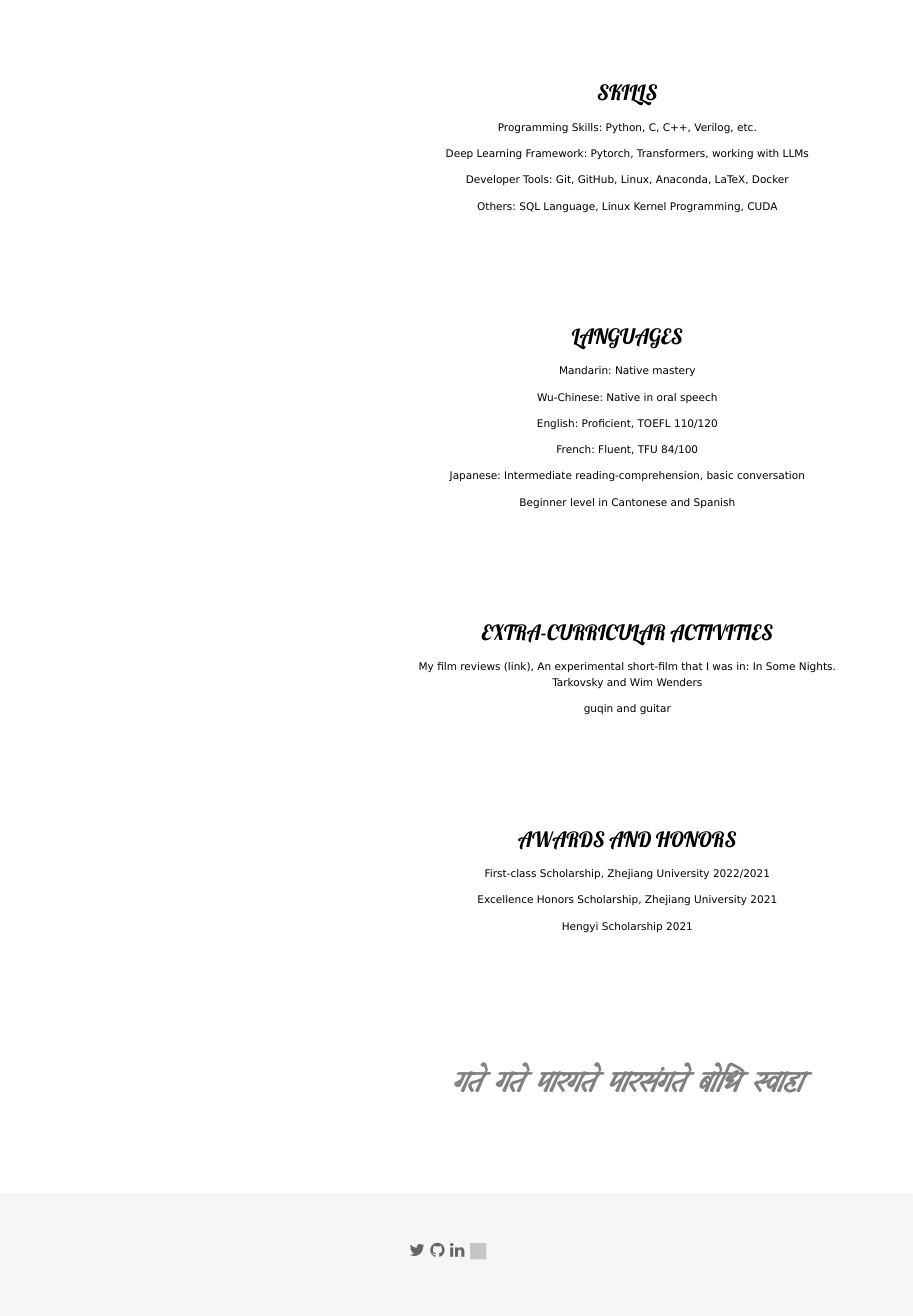
Repository: Ej-zhou/ej-zhou.github.io
Page: index.html
These files come from the project's save history. The page is drawn as it stood at one moment and after the next save; the edit follows.
The browser window is 1280 px wide. The page is 1304 px wide, so the pictures cover 1304 px, including what lies to the right of the window. The pictures show the part of the page from y = 4509 to 6389 px (the page is 6389 px tall), at 70% of full size.
Pictures or frames that could not be fetched are drawn as grey boxes. Some web fonts or font styles are not loaded; a fallback is used.

Above is the page before, as saved 2023-08-12 15:06:37.

After the next save:
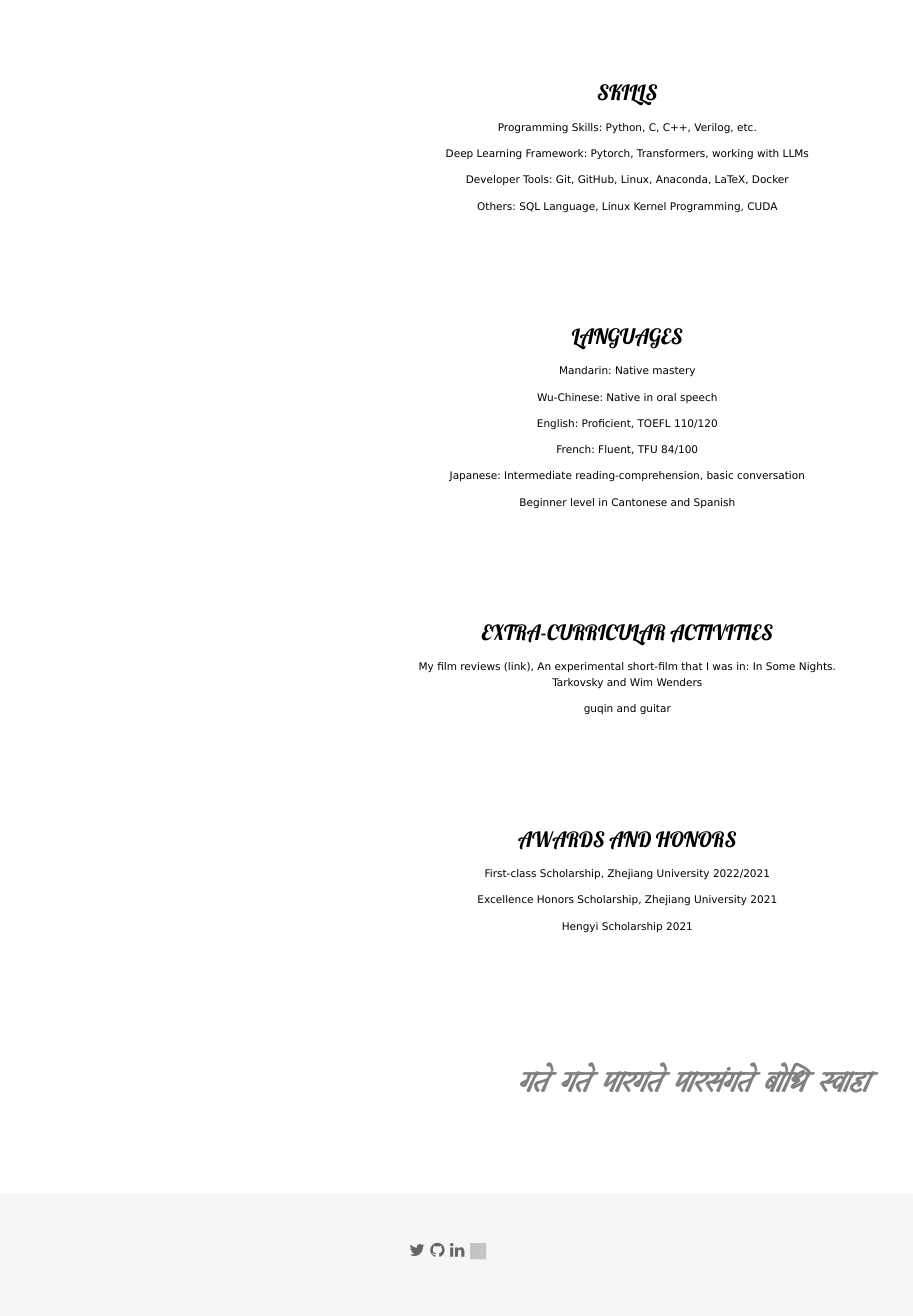
Saved 16 s later.
--- a/index.html
+++ b/index.html
@@ -62,7 +62,7 @@
         font-size: 43px; /* Set the font size to your desired value */
         font-style: italic;
         font-weight: bold; /* Make the text bold */
-        text-align: center; /* Center align the text */
+        text-align: right; /* Center align the text */
         display: block; /* Make the span a block element to occupy the full width */
         margin: 10px 0; /* Add some margin to separate it from other elements */
         color: gray; /*Set the color to your preference*/
